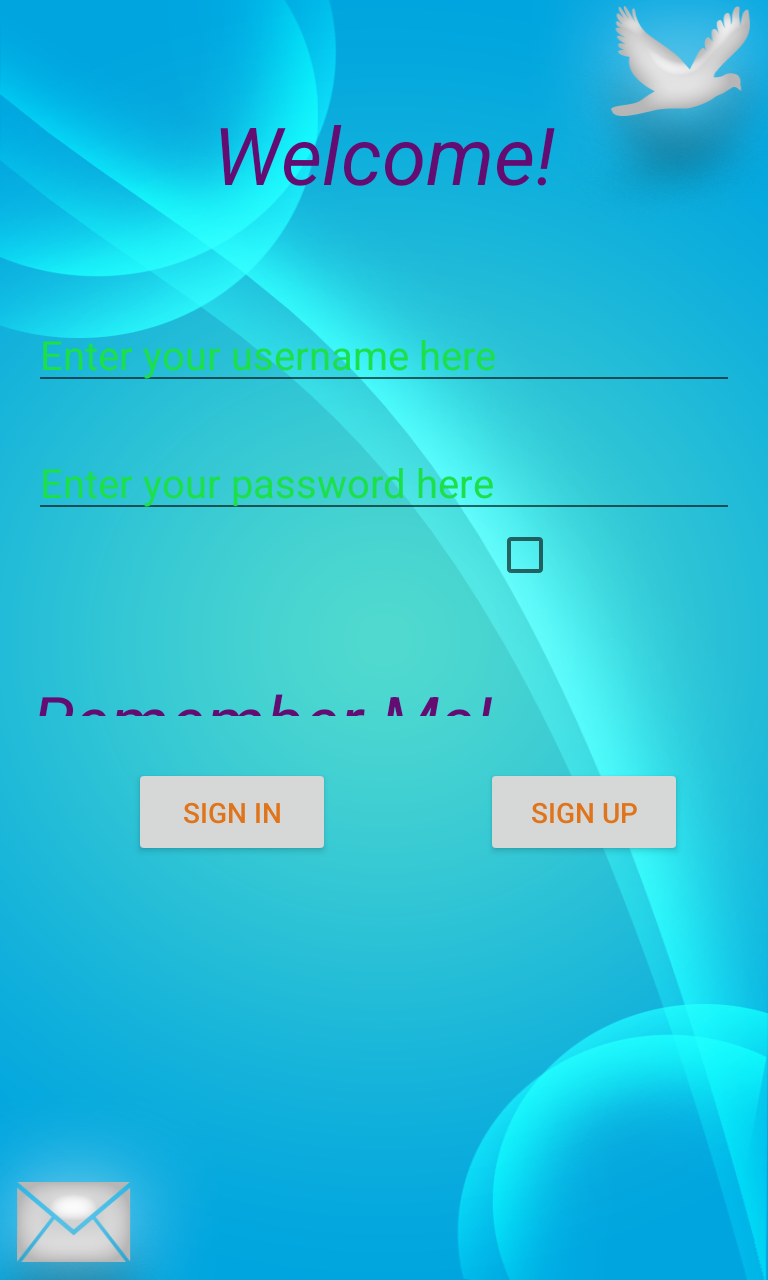
Repository: JodyCoolit/android
Layout: Delivery/res/layout/activity_login.xml
An editor plug-in stored every save of this project. The layout is shown before and after the next save, followed by the edit.
It is drawn on a 768 x 1280 px phone screen (xhdpi) without system bars, with theme AppTheme; the app's code is not run.

Above is the layout before, as saved 2014-08-25 02:26:29.

### Delivery/res/layout/activity_login.xml
<?xml version="1.0" encoding="utf-8"?>
<LinearLayout xmlns:android="http://schemas.android.com/apk/res/android"
    android:layout_width="match_parent"
    android:layout_height="match_parent"
    android:paddingLeft="16dp"
    android:paddingRight="16dp"
    android:orientation="vertical"
    android:background="@drawable/bg_login"
    >

    <TextView
        android:layout_marginTop="50sp"
        android:layout_width="wrap_content"
        android:layout_height="wrap_content"
        android:text="@string/welcome"
        android:textSize="40sp"
        android:layout_gravity="center"
        android:textStyle="italic"
        android:textColor="#630D73"
         />
	<EditText
	    android:id="@+id/et_login_username"
	    android:singleLine="true"
	    android:textColorHint="#1BE049"
	    android:textColor="#1BE011"
	    android:layout_marginTop="50sp"
	    android:textSize="20sp"
        android:layout_width="match_parent"
        android:layout_height="wrap_content"
        android:hint="@string/hint_username" />
    <EditText
        android:id="@+id/et_login_password"
        android:singleLine="true"
        android:textColor="#1BE011"
        android:textColorHint="#1BE049"
        android:layout_marginTop="20sp"
        android:textSize="20sp"
        android:layout_width="match_parent"
        android:layout_height="wrap_content"
        android:gravity="top"
        android:inputType="textPassword"
        android:hint="@string/hint_password" />

    <LinearLayout
        android:layout_width="match_parent"
    	android:layout_height="wrap_content"
    	android:orientation="horizontal">
    	<TextView
        android:layout_marginTop="50sp"
        android:layout_width="wrap_content"
        android:layout_height="wrap_content"
        android:text="@string/rememberMe"
        android:textSize="35sp"
        android:layout_gravity="center"
        android:textStyle="italic"
        android:textColor="#630D73"
         />
    	<CheckBox
        android:id="@+id/cb_rememberMe"
        android:layout_width="wrap_content"
        android:layout_height="wrap_content"
        />
    </LinearLayout>
    <LinearLayout
        android:layout_width="match_parent"
    	android:layout_height="wrap_content">
        <Button
            android:id="@+id/btn_signin"
	        android:textColor="#E0741B"
	        android:layout_marginTop="10sp"
	        android:layout_marginLeft="50sp"
	        android:layout_width="100dp"
	        android:layout_height="wrap_content"
	        android:layout_gravity="center"
	        android:text="@string/btn_signin" />

        <ProgressBar
        android:id="@+id/pb_login"
        style="?android:attr/progressBarStyleLarge"
        android:layout_width="wrap_content"
        android:layout_height="wrap_content" />

     	<Button
         	android:id="@+id/btn_signup"
	        android:textColor="#E0741B"
	        android:layout_marginTop="10sp"
	        android:layout_marginLeft="0sp"
	        android:layout_width="100dp"
	        android:layout_height="wrap_content"
	        android:layout_gravity="center"
	        android:text="@string/btn_signup" />
    </LinearLayout>

</LinearLayout>

### Delivery/res/values/strings.xml
<?xml version="1.0" encoding="utf-8"?>
<resources>
    <string name="app_name">Delivery</string>
    <string name="signup">Sign Up</string>

    <!-- LoginActivity -->
    <string name="welcome">Welcome!</string>
    <string name="rememberMe"> Remember Me!</string>
	<string name="btn_signin">Sign in</string>
	<string name="btn_signup">Sign up</string>
	<string name="hint_username">Enter your username here</string>
	<string name="hint_password">Enter your password here</string>

	<!--  SignupActivity -->
	<string name="tv_signup_username">Username : </string>
	<string name="tv_signup_password">Password : </string>
	<string name="hint_signup_username">E-mail/Username/IC</string>
	<string name="hint_signup_password">Case Sencetive</string>
	<string name="hint_signup_address">Address for delivery</string>
	<string name="tv_signup_phone">Phone : </string>
	<string name="tv_signup_email">E-mail : </string>
	<string name="tv_signup_address">Address : </string>
	<string name="btn_signup_register">Register Now!</string>
</resources>

Loaded but not shown: Delivery/res/values/styles.xml (common file); Delivery/res/values-v11/styles.xml (common file); Delivery/res/values-v14/styles.xml (common file)

After the next save:
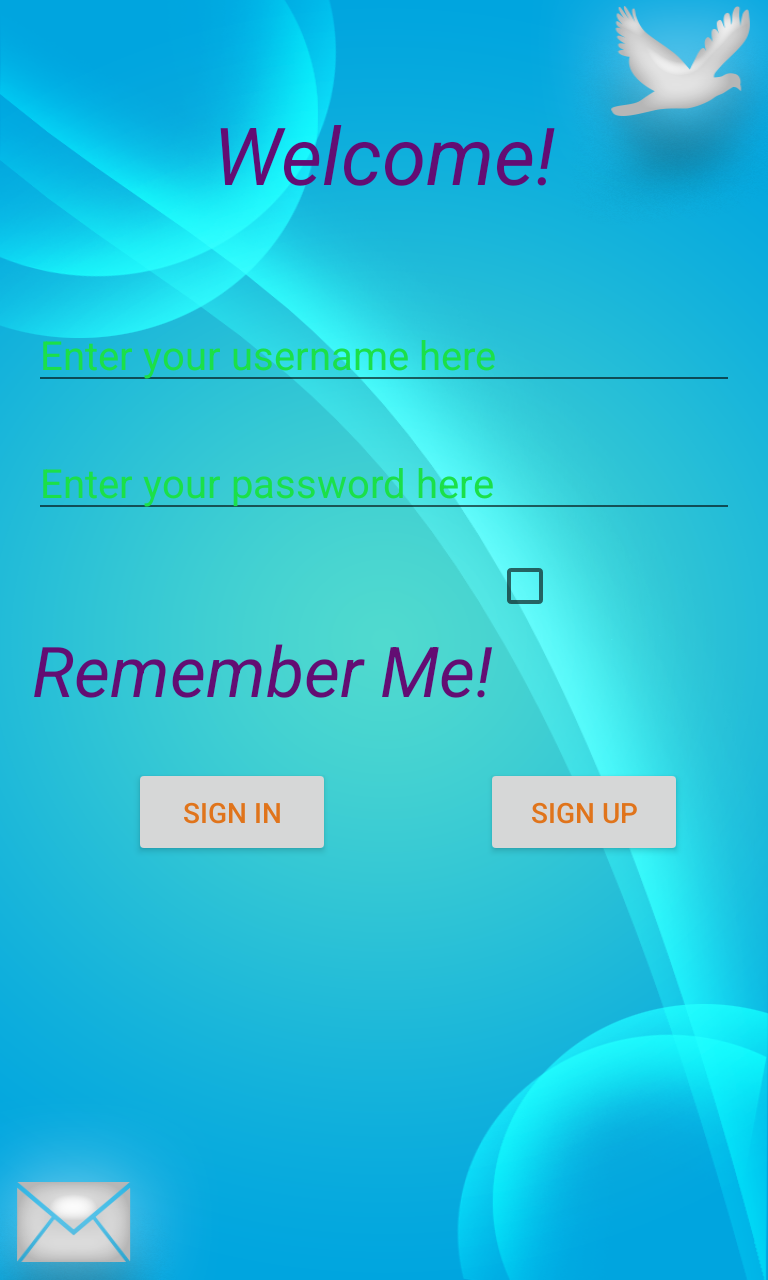
Saved 6 s later.
--- a/Delivery/res/layout/activity_login.xml
+++ b/Delivery/res/layout/activity_login.xml
@@ -51,7 +51,6 @@
         android:layout_height="wrap_content"
         android:text="@string/rememberMe"
         android:textSize="35sp"
-        android:layout_gravity="center"
         android:textStyle="italic"
         android:textColor="#630D73"
          />
